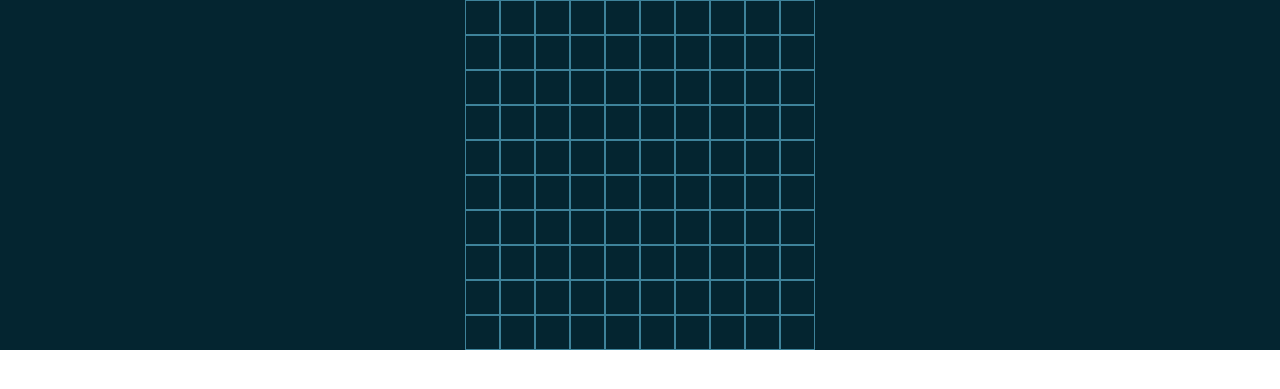
Repository: rehans-Life/linkedlist-snake-game
Page: /
The author's editor kept a copy of each file at every save. The page is drawn from the files as they stood at one save, then again after the next save.
The browser window is 1280 px wide. The pictures show the whole page.
The project was rebuilt for these pictures with package versions that can differ from the ones it lists, and the page was loaded fresh each time. The framework's server and built-in components were replaced by stand-ins that run in the browser. Also part of the build but not shown: next.config.js.

Above is the page before, as saved 2023-04-14 21:52:35.

After the next save:
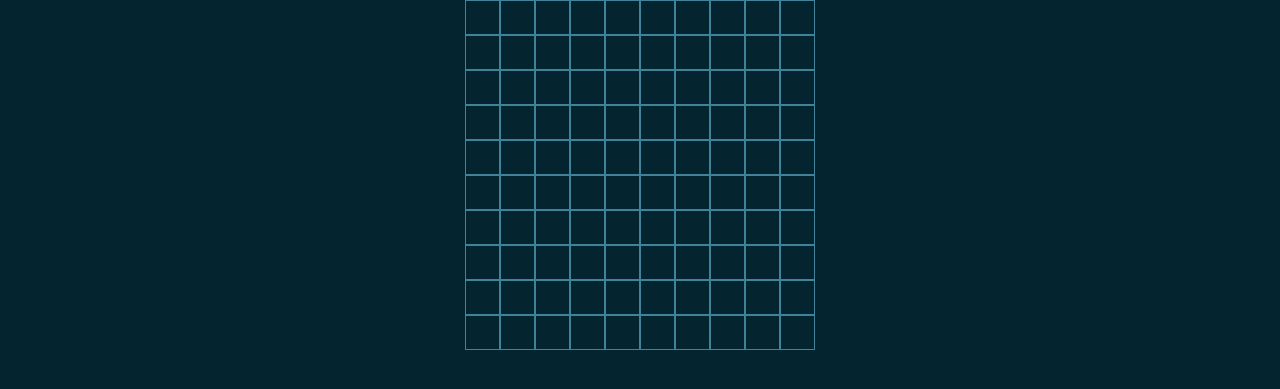
Saved 5 s later.
--- a/styles/Home.module.css
+++ b/styles/Home.module.css
@@ -1,6 +1,6 @@
 .container {
   background-color: rgb(4, 37, 48);
-  height: 100%;
+  height: 100vh;
 }
 
 .row {
